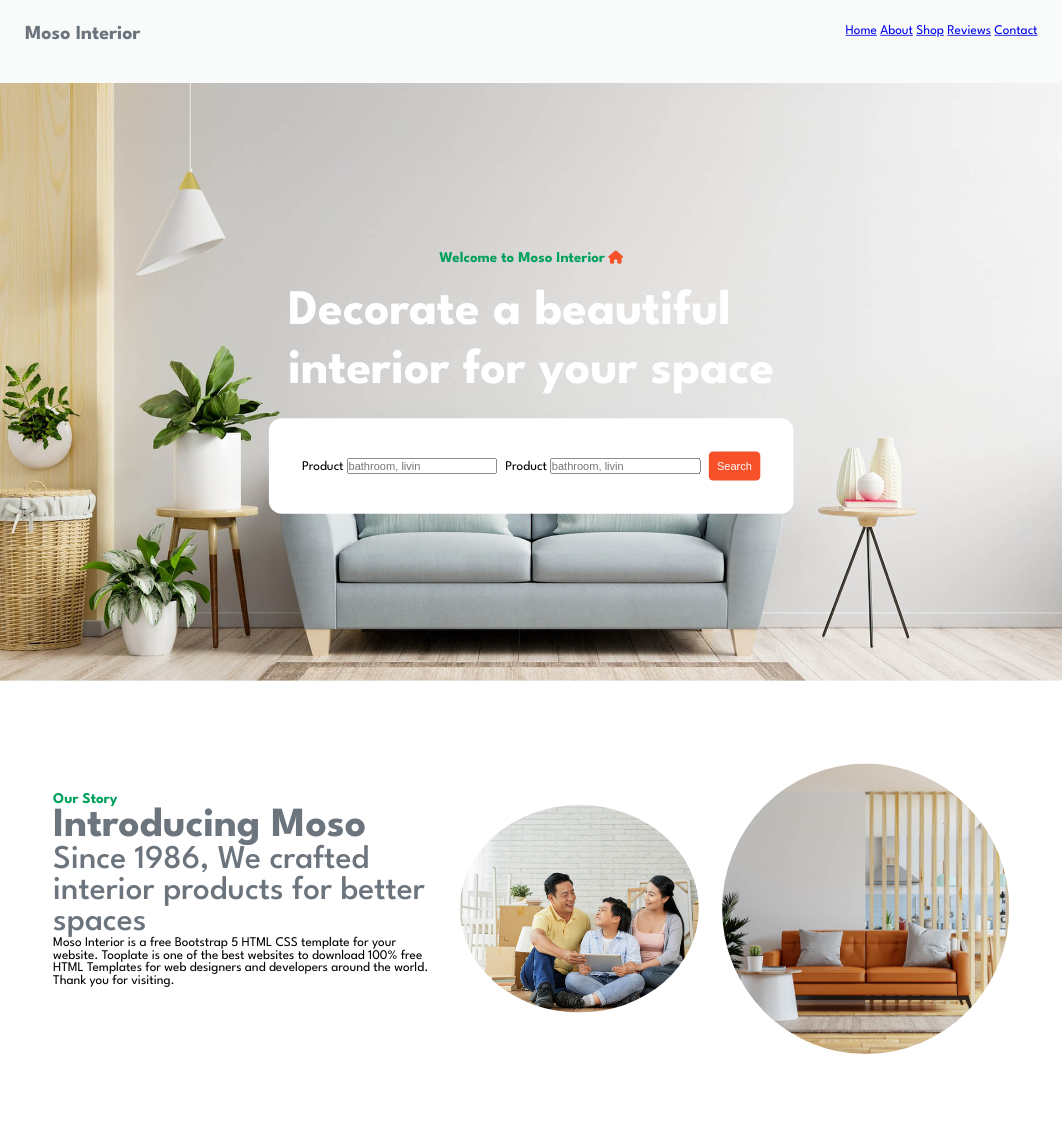
Repository: mariamnabil23/furniture
Page: index.html
The author's editor kept a copy of each file at every save. The page is drawn from the files as they stood at one save, then again after the next save.
The browser window is 1280 px wide. The pictures show the whole page, at 83% of full size.
Some web fonts or font styles are not loaded; a fallback is used.

Above is the page before, as saved 2024-10-30 16:22:56.

After the next save:
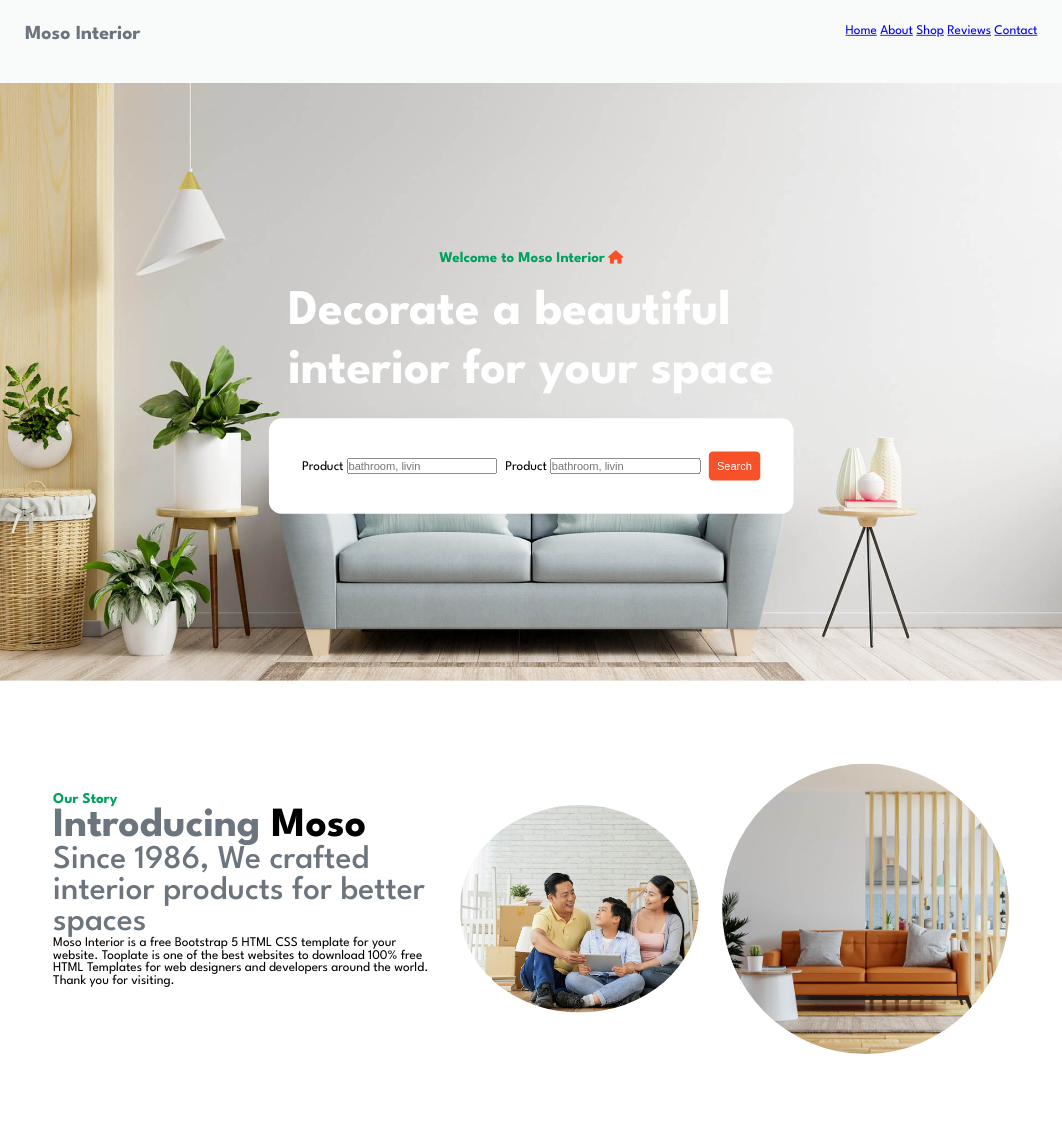
Saved 23 s later.
--- a/style.css
+++ b/style.css
@@ -139,6 +139,6 @@ ul{
     font-weight: 500;
 
 }
-.about .left{
+.about .left span{
     color: black;
 }
